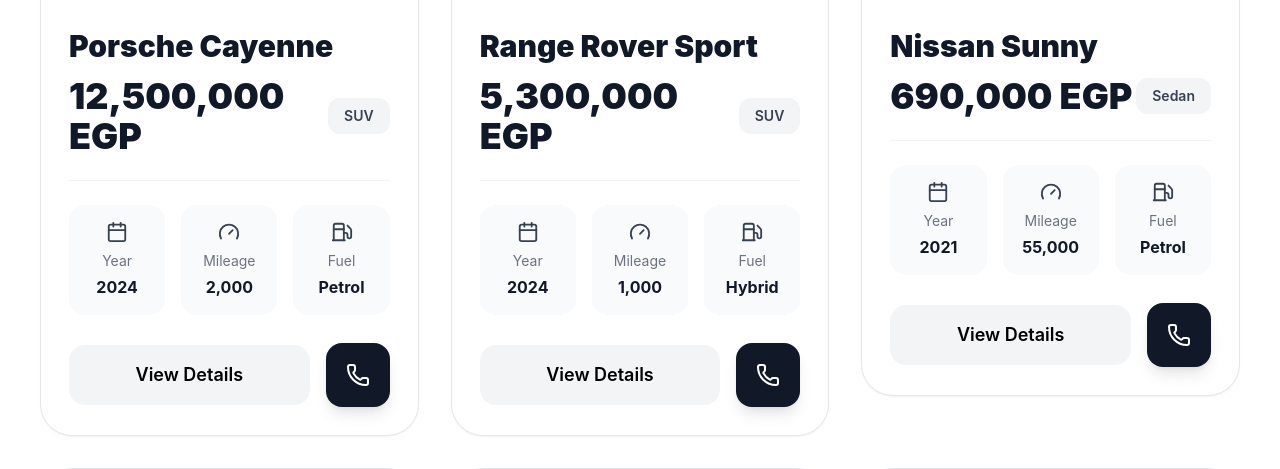
Repository: Hazem-Amr/Car-Price-Prediction
Page: / (app in frontend/)
The author's editor kept a copy of each file at every save. The page is drawn from the files as they stood at one save, then again after the next save.
The browser window is 1280 px wide. The pictures show the part of the page from y = 3376 to 3845 px (the page is 7592 px tall).
Pictures or frames that could not be fetched are drawn as grey boxes. The project was rebuilt for these pictures with package versions that can differ from the ones it lists, and the page was loaded fresh each time. Also part of the build but not shown: frontend/vite.config.js, frontend/src/components/PricePredictorSection.jsx, frontend/src/data/userListings.js, frontend/src/components/CarsFilter.jsx, frontend/src/pages/Cars.jsx, frontend/src/pages/CarDetails.jsx, frontend/src/pages/Brands.jsx, frontend/src/pages/About.jsx and 5 more.

Above is the page before, as saved 2026-05-27 23:33:22.

### frontend/index.html
<!doctype html>
<html lang="en">
  <head>
    <meta charset="UTF-8" />
    <link rel="icon" type="image/svg+xml" href="/favicon.svg" />
    <meta name="viewport" content="width=device-width, initial-scale=1.0" />
    <title>Tara</title>
  </head>
  <body>
    <div id="root"></div>
    <script type="module" src="/src/main.jsx"></script>
  </body>
</html>

### frontend/src/App.jsx
import React from "react";
import { Routes, Route } from "react-router-dom";
import MainLayout from "./layouts/MainLayout";
import Home from "./pages/Home";
import Cars from "./pages/Cars";
import CarDetails from "./pages/CarDetails";
import Brands from "./pages/Brands";
import About from "./pages/About";
import Contact from "./pages/Contact";
import PricePredictor from "./pages/PricePredictor";
import SellCar from "./pages/SellCar";

export default function App() {
  return (
    <Routes>
      <Route path="/" element={<MainLayout />}>
        <Route index element={<Home />} />
        <Route path="/cars" element={<Cars />} />
        <Route path="/cars/:id" element={<CarDetails />} />
        <Route path="/brands" element={<Brands />} />
        <Route path="/price-predictor" element={<PricePredictor />} />
        <Route path="/sell-car" element={<SellCar />} />
        <Route path="/about" element={<About />} />
        <Route path="/contact" element={<Contact />} />
      </Route>
    </Routes>
  );
}

### frontend/src/index.css
@tailwind base;
@tailwind components;
@tailwind utilities;

html,
body,
#root {
  width: 100%;
  min-height: 100%;
  margin: 0;
  padding: 0;
  overflow-x: hidden;
}

body {
  font-family: Inter, sans-serif;
  background: #ffffff;
}

* {
  box-sizing: border-box;
}

### frontend/src/layouts/MainLayout.jsx
import React from "react";
import { Outlet } from "react-router-dom";
import Navbar from "../components/Navbar";
import Footer from "../components/Footer";

export default function MainLayout() {
  return (
    <div className="w-full min-h-screen bg-white overflow-x-hidden">
      <Navbar />

      <main className="w-full">
        <Outlet />
      </main>

      <Footer />
    </div>
  );
}

### frontend/src/pages/Home.jsx
import Hero from "../components/Hero";
import SearchBar from "../components/SearchBar";
import FeaturedCars from "../components/FeaturedCars";
import BrandGrid from "../components/BrandGrid";
import StatsSection from "../components/StatsSection";
import CTASection from "../components/CTASection";
import PricePredictor from "../components/PricePredictorSection";
import BrowseCategories from "../components/BrowseCategories";

export default function Home() {
  return (
    <>
      <Hero />
      <SearchBar />
      <BrowseCategories />
      <FeaturedCars />
      <BrandGrid />
      <StatsSection />
      <CTASection />
    </>
  );
}

### frontend/src/components/Navbar.jsx
import React, { useState } from "react";
import { Link, NavLink } from "react-router-dom";
import { Menu, X } from "lucide-react";
import logo from "../assets/logo.png";

const navLinks = [
  {
    name: "Home",
    path: "/",
  },

  {
    name: "Cars",
    path: "/cars",
  },

  {
    name: "Brands",
    path: "/brands",
  },

  {
    name: "AI Pricing",
    path: "/price-predictor",
  },

  {
    name: "About",
    path: "/about",
  },

  {
    name: "Contact",
    path: "/contact",
  },
];

export default function Navbar() {
  const [isOpen, setIsOpen] = useState(false);

  return (
    <header className="fixed top-0 left-0 w-full z-50 bg-white/90 backdrop-blur-xl border-b border-gray-100">
      <div className="max-w-[1400px] mx-auto px-6 md:px-10">
        <div className="flex items-center justify-between h-24">
          {/* Logo */}
          <Link to="/" className="flex items-center">
            <img src={logo} alt="Tara Logo" className="h-14 object-contain" />
          </Link>

          {/* Desktop Nav */}
          <nav className="hidden lg:flex items-center gap-10">
            {navLinks.map((link) => (
              <NavLink
                key={link.name}
                to={link.path}
                className={({ isActive }) =>
                  `text-lg font-semibold transition-all duration-300 ${
                    isActive
                      ? "text-gray-900"
                      : "text-gray-500 hover:text-gray-900"
                  }`
                }
              >
                {link.name}
              </NavLink>
            ))}

            {/* CTA */}
            <Link to="/sell-car">
              <button className="bg-gray-900 hover:bg-black text-white px-7 py-3 rounded-2xl font-semibold transition-all duration-300 shadow-lg">
                Sell Your Car
              </button>
            </Link>
          </nav>

          {/* Mobile Menu Button */}
          <button
            onClick={() => setIsOpen(!isOpen)}
            className="lg:hidden w-12 h-12 rounded-2xl bg-gray-100 flex items-center justify-center"
          >
            {isOpen ? (
              <X size={26} className="text-gray-900" />
            ) : (
              <Menu size={26} className="text-gray-900" />
            )}
          </button>
        </div>
      </div>

      {/* Mobile Menu */}
      {isOpen && (
        <div className="lg:hidden bg-white border-t border-gray-100 shadow-xl">
          <div className="px-6 py-8 flex flex-col gap-5">
            {navLinks.map((link) => (
              <NavLink
                key={link.name}
                to={link.path}
                onClick={() => setIsOpen(false)}
                className={({ isActive }) =>
                  `text-lg font-semibold transition ${
                    isActive
                      ? "text-gray-900"
                      : "text-gray-500 hover:text-gray-900"
                  }`
                }
              >
                {link.name}
              </NavLink>
            ))}

            {/* Mobile CTA */}
            <Link to="/sell-car" onClick={() => setIsOpen(false)}>
              <button className="mt-4 w-full bg-gray-900 hover:bg-black text-white h-14 rounded-2xl font-semibold transition">
                Sell Your Car
              </button>
            </Link>
          </div>
        </div>
      )}
    </header>
  );
}

### frontend/src/components/Hero.jsx
import React from "react";
import { Link } from "react-router-dom";

export default function Hero() {
  return (
    <section className="w-full bg-[#f5f5f7] py-24 overflow-hidden">
      <div className="max-w-[1400px] mx-auto px-6 md:px-10 grid lg:grid-cols-2 gap-16 items-center">
        <div>
          <h1 className="text-6xl font-black leading-tight text-gray-900 mb-8">
            Find Your
            <br />
            Perfect Car
          </h1>

          <p className="text-xl text-gray-600 leading-9 mb-10">
            Buy and sell used cars easily with a modern marketplace experience.
          </p>

          <Link to="/cars">
            <button className="bg-[#111827] hover:bg-black text-white px-8 py-5 rounded-2xl text-lg font-semibold transition-all duration-300 shadow-lg">
              Browse Cars
            </button>
          </Link>
        </div>

        <div>
          <img
            src="https://images.unsplash.com/photo-1492144534655-ae79c964c9d7"
            alt="car"
            className="w-full h-[500px] object-cover rounded-[40px] shadow-2xl"
          />
        </div>
      </div>
    </section>
  );
}

### frontend/src/components/SearchBar.jsx
import React, { useState } from "react";
import { Search } from "lucide-react";
import { useNavigate } from "react-router-dom";

import { cars } from "../data/cars";

export default function SearchBar() {
  const [search, setSearch] = useState("");
  const [brand, setBrand] = useState("");

  const navigate = useNavigate();

  // Dynamic Brands From cars.js
  const brands = [...new Set(cars.map((car) => car.name.split(" ")[0]))];

  // Handle Search
  const handleSearch = () => {
    navigate(
      `/cars?search=${encodeURIComponent(
        search,
      )}&brand=${encodeURIComponent(brand)}`,
    );
  };

  return (
    <section className="relative -mt-16 z-20">
      <div className="max-w-[1200px] mx-auto px-6">
        {/* Container */}
        <div className="bg-white rounded-[32px] shadow-2xl border border-gray-100 p-6 md:p-8">
          {/* Search Grid */}
          <div className="grid grid-cols-1 md:grid-cols-4 gap-5 items-center">
            {/* Search Input */}
            <div className="md:col-span-2">
              <input
                type="text"
                placeholder="Search cars..."
                value={search}
                onChange={(e) => setSearch(e.target.value)}
                onKeyDown={(e) => e.key === "Enter" && handleSearch()}
                className="w-full h-16 rounded-2xl border border-gray-200 px-6 text-lg outline-none focus:border-gray-900 transition"
              />
            </div>

            {/* Dynamic Brand Select */}
            <select
              value={brand}
              onChange={(e) => setBrand(e.target.value)}
              className="h-16 rounded-2xl border border-gray-200 px-5 text-lg outline-none focus:border-gray-900 transition bg-white"
            >
              <option value="">Brand</option>

              {brands.map((brandName) => (
                <option key={brandName} value={brandName}>
                  {brandName}
                </option>
              ))}
            </select>

            {/* Search Button */}
            <button
              onClick={handleSearch}
              className="h-16 rounded-2xl bg-gray-900 hover:bg-black transition text-white font-semibold text-lg flex items-center justify-center gap-3 shadow-lg"
            >
              <Search size={22} />
              Search
            </button>
          </div>

          {/* Bottom Filters */}
          <div className="flex flex-wrap items-center gap-4 mt-6">
            <button
              onClick={() => navigate("/cars?search=suv")}
              className="px-5 py-2 rounded-full bg-gray-100 hover:bg-gray-900 hover:text-white transition font-medium"
            >
              SUV
            </button>

            <button
              onClick={() => navigate("/cars?search=sedan")}
              className="px-5 py-2 rounded-full bg-gray-100 hover:bg-gray-900 hover:text-white transition font-medium"
            >
              Sedan
            </button>

            <button
              onClick={() => navigate("/cars?search=automatic")}
              className="px-5 py-2 rounded-full bg-gray-100 hover:bg-gray-900 hover:text-white transition font-medium"
            >
              Automatic
            </button>

            <button
              onClick={() => navigate("/cars")}
              className="px-5 py-2 rounded-full bg-gray-100 hover:bg-gray-900 hover:text-white transition font-medium"
            >
              Used Cars
            </button>
          </div>
        </div>
      </div>
    </section>
  );
}

### frontend/src/components/FeaturedCars.jsx
import React, { useState } from "react";
import { Link } from "react-router-dom";
import CarCard from "./CarCard";
import { cars } from "../data/cars";

const tabs = [
  {
    id: "all",
    label: "Featured Cars",
  },

  {
    id: "latest",
    label: "Latest Listings",
  },

  {
    id: "luxury",
    label: "Luxury Cars",
  },

  {
    id: "budget",
    label: "Budget Cars",
  },
];

export default function FeaturedCars() {
  const [activeTab, setActiveTab] = useState("all");

  const filteredCars =
    activeTab === "all"
      ? cars
      : cars.filter((car) => car.category === activeTab);

  return (
    <section className="py-24 bg-white">
      <div className="max-w-[1400px] mx-auto px-6 md:px-10">
        {/* Header */}
        <div className="flex flex-col lg:flex-row lg:items-center lg:justify-between gap-8 mb-14">
          {/* Title */}
          <div>
            <h2 className="text-5xl font-black text-gray-900 mb-4">
              Explore Cars
            </h2>

            <p className="text-xl text-gray-500">
              Discover premium listings tailored for you
            </p>
          </div>

          {/* Tabs */}
          <div className="flex flex-wrap gap-4">
            {tabs.map((tab) => (
              <button
                key={tab.id}
                onClick={() => setActiveTab(tab.id)}
                className={`px-6 py-3 rounded-2xl font-semibold transition-all duration-300 ${
                  activeTab === tab.id
                    ? "bg-gray-900 text-white shadow-lg"
                    : "bg-gray-100 text-gray-700 hover:bg-gray-100 hover:text-gray-900"
                }`}
              >
                {tab.label}
              </button>
            ))}
          </div>
        </div>

        {/* Cars Grid */}
        <div className="grid grid-cols-1 md:grid-cols-2 xl:grid-cols-3 gap-8">
          {filteredCars.map((car) => (
            <div
              key={car.id}
              className="hover:-translate-y-2 transition duration-300"
            >
              <CarCard car={car} />
            </div>
          ))}
        </div>

        {/* Bottom CTA */}
        <div className="flex justify-center mt-16">
          <Link to="/cars">
            <button className="bg-gray-100 hover:bg-gray-900 hover:text-white transition-all duration-300 px-8 py-4 rounded-2xl font-semibold text-lg">
              View All Cars
            </button>
          </Link>
        </div>
      </div>
    </section>
  );
}

### frontend/src/components/StatsSection.jsx
import React from "react";
import { Car, Users, BadgeCheck, Headphones } from "lucide-react";

const stats = [
  {
    value: "25K+",
    label: "Cars Listed",
    icon: Car,
  },
  {
    value: "10K+",
    label: "Happy Clients",
    icon: Users,
  },
  {
    value: "120+",
    label: "Brands",
    icon: BadgeCheck,
  },
  {
    value: "24/7",
    label: "Support",
    icon: Headphones,
  },
];

export default function StatsSection() {
  return (
    <section className="py-24 bg-[#f5f5f7]">
      <div className="max-w-[1400px] mx-auto px-6 md:px-10">
        {/* Header */}
        <div className="text-center mb-16">
          <h2 className="text-5xl font-black text-gray-900 mb-5">
            Trusted By Thousands
          </h2>

          <p className="text-xl text-gray-500">
            Egypt's leading car marketplace platform
          </p>
        </div>

        {/* Stats */}
        <div className="grid grid-cols-1 sm:grid-cols-2 lg:grid-cols-4 gap-8">
          {stats.map((item) => {
            const Icon = item.icon;

            return (
              <div
                key={item.label}
                className="bg-white rounded-3xl p-10 shadow-sm border border-gray-100 hover:shadow-2xl hover:-translate-y-2 transition-all duration-300"
              >
                {/* Icon */}
                <div className="w-16 h-16 rounded-2xl bg-gray-100 flex items-center justify-center mb-8">
                  <Icon size={32} className="text-gray-900" />
                </div>

                {/* Number */}
                <h3 className="text-5xl font-black text-gray-900 mb-4">
                  {item.value}
                </h3>

                {/* Label */}
                <p className="text-gray-500 text-lg">{item.label}</p>
              </div>
            );
          })}
        </div>
      </div>
    </section>
  );
}

### frontend/src/components/CTASection.jsx
import React from "react";
import { Link } from "react-router-dom";
import ctaCar from "../assets/cta-car.png";

export default function CTASection() {
  return (
    <section className="py-24 bg-white overflow-hidden">
      <div className="max-w-[1400px] mx-auto px-6 md:px-10">
        {/* CTA Card */}
        <div className="relative overflow-hidden rounded-[40px] bg-gradient-to-br from-[#0f172a] via-[#111827] to-[#1e293b] px-10 py-20 md:px-20">
          {/* Background Glow */}
          <div className="absolute top-0 right-0 w-[500px] h-[500px] bg-blue-500/10 rounded-full blur-3xl"></div>

          {/* Grid */}
          <div className="relative z-10 grid lg:grid-cols-2 gap-10 items-center">
            {/* LEFT CONTENT */}
            <div>
              {/* Badge */}
              <div className="inline-flex items-center gap-2 bg-white/10 backdrop-blur px-5 py-2 rounded-full text-white text-sm font-medium mb-8">
                Premium Marketplace
              </div>

              {/* Heading */}
              <h2 className="text-5xl md:text-6xl font-black text-white leading-tight mb-8">
                Ready To Find
                <br />
                Your Dream Car?
              </h2>

              {/* Text */}
              <p className="text-xl text-gray-300 leading-9 mb-12 max-w-2xl">
                Browse thousands of verified premium listings from trusted
                dealers across Egypt.
              </p>

              {/* Buttons */}
              <div className="flex flex-wrap gap-5">
                {/* Explore Cars */}
                <Link to="/cars">
                  <button className="bg-white text-gray-900 hover:bg-gray-200 transition-all duration-300 px-8 py-5 rounded-2xl text-lg font-semibold shadow-xl">
                    Explore Cars
                  </button>
                </Link>

                {/* Sell Your Car */}
                <Link to="/sell-car">
                  <button className="bg-white/10 hover:bg-white hover:text-gray-900 text-white transition-all duration-300 px-8 py-5 rounded-2xl text-lg font-semibold backdrop-blur border border-white/10">
                    Sell Your Car
                  </button>
                </Link>
              </div>
            </div>

            {/* RIGHT SIDE */}
            <div className="relative hidden lg:flex items-center justify-center">
              {/* Large Glow */}
              <div className="absolute w-[500px] h-[500px] bg-blue-500/20 blur-3xl rounded-full"></div>

              {/* Car PNG */}
              <img
                src={ctaCar}
                alt="Luxury Car"
                className="relative z-10 w-[720px] object-contain drop-shadow-[0_40px_80px_rgba(0,0,0,0.55)] hover:scale-105 transition duration-700"
              />

              {/* Floating Card */}
              <div className="absolute bottom-10 left-0 bg-white rounded-3xl px-6 py-5 shadow-2xl z-20">
                <p className="text-gray-500 text-sm mb-1">Premium Listings</p>

                <h3 className="text-4xl font-black text-gray-900">25K+</h3>
              </div>

              {/* Floating Badge */}
              <div className="absolute top-16 right-10 bg-white/10 backdrop-blur border border-white/10 text-white px-5 py-3 rounded-2xl z-20">
                Verified Dealers
              </div>
            </div>
          </div>
        </div>
      </div>
    </section>
  );
}

### frontend/src/data/cars.js
export const cars = [
  {
    id: 1,
    name: "BMW X5 2024",
    price: "6,850,000 EGP",
    image:
      "https://media.ed.edmunds-media.com/bmw/x5/2024/oem/2024_bmw_x5_4dr-suv_xdrive40i_fq_oem_1_815.jpg",
    year: 2024,
    km: "10,000",
    transmission: "Automatic",
    bodyType: "SUV",
    fuelType: "Petrol",
    color: "Blue",
    condition: "Excellent",
    phone: "+201012345678",
  },

  {
    id: 2,
    name: "Mercedes C200",
    price: "4,200,000 EGP",
    image:
      "https://legion-images.hatla2ee.com/original_image/3497b43a-1a5c-475b-a8b5-821b7f71e9b2/large.jpg",
    year: 2023,
    km: "20,000",
    transmission: "Automatic",
    bodyType: "Sedan",
    fuelType: "Petrol",
    color: "Silver",
    condition: "Excellent",
    phone: "+201098765432",
  },

  {
    id: 3,
    name: "Kia Sportage",
    price: "1,850,000 EGP",
    image: "https://cdn.motor1.com/images/mgl/133GM/s1/2022-kia-sportage.jpg",
    year: 2022,
    km: "40,000",
    transmission: "Automatic",
    bodyType: "SUV",
    fuelType: "Petrol",
    color: "Dark blue",
    condition: "Good",
    phone: "+201011122233",
  },

  {
    id: 4,
    name: "Audi RS7",
    price: "12,200,000 EGP",
    image:
      "https://platform.cstatic-images.com/in/v2/stock_photos/72330740-8105-498b-987c-46354017d84c/c6452ec9-9a91-4b72-b6c9-63858634519f.png",
    year: 2024,
    km: "5,000",
    transmission: "Automatic",
    bodyType: "Coupe",
    fuelType: "Petrol",
    color: "white",
    condition: "Excellent",
    phone: "+201055566677",
  },

  {
    id: 5,
    name: "Toyota Corolla",
    price: "1,300,000 EGP",
    image:
      "https://hips.hearstapps.com/mtg-prod/65a4c115adb8a40008364496/015-2023-toyota-corolla-hybrid-in-action.jpg",
    year: 2023,
    km: "15,000",
    transmission: "Automatic",
    bodyType: "Sedan",
    fuelType: "Petrol",
    color: "Magnetic gray",
    condition: "Excellent",
    phone: "+201022233344",
  },

  {
    id: 6,
    name: "Hyundai Elantra",
    price: "1,250,000 EGP",
    image:
      "https://cdn.motor1.com/images/mgl/GxoB1/s1/2022-hyundai-elantra-n.jpg",
    year: 2022,
    km: "35,000",
    transmission: "Automatic",
    bodyType: "Sedan",
    fuelType: "Petrol",
    color: "White",
    condition: "Good",
    phone: "+201077788899",
  },

  {
    id: 7,
    name: "Porsche Cayenne",
    price: "12,500,000 EGP",
    image:
      "https://cdn.motor1.com/images/mgl/bgm3W6/s3/2024-porsche-cayenne-turbo-e-hybrid-front-3-4.jpg",
    year: 2024,
    km: "2,000",
    transmission: "Automatic",
    bodyType: "SUV",
    fuelType: "Petrol",
    color: "White",
    condition: "Excellent",
    phone: "+201066677788",
  },

  {
    id: 8,
    name: "Range Rover Sport",
    price: "5,300,000 EGP",
    image:
      "https://media.ed.edmunds-media.com/land-rover/range-rover-sport/2024/oem/2024_land-rover_range-rover-sport_4dr-suv_p550e-autobiography_fq_oem_1_1600.jpg",
    year: 2024,
    km: "1,000",
    transmission: "Automatic",
    bodyType: "SUV",
    fuelType: "Hybrid",
    color: "Red",
    condition: "Excellent",
    phone: "+201044455566",
  },

  {
    id: 9,
    name: "Nissan Sunny",
    price: "690,000 EGP",
    image: "https://images.unsplash.com/photo-1489824904134-891ab64532f1",
    year: 2021,
    km: "55,000",
    transmission: "Automatic",
    bodyType: "Sedan",
    fuelType: "Petrol",
    color: "Silver",
    condition: "Fair",
    phone: "+201099988877",
  },

  {
    id: 10,
    name: "Chevrolet Captiva",
    price: "980,000 EGP",
    image: "https://images.unsplash.com/photo-1494976388531-d1058494cdd8",
    year: 2023,
    km: "18,000",
    transmission: "Automatic",
    bodyType: "SUV",
    fuelType: "Petrol",
    color: "Gray",
    condition: "Excellent",
    phone: "+201033344455",
  },

  {
    id: 11,
    name: "Tesla Model S",
    price: "3,900,000 EGP",
    image: "https://images.unsplash.com/photo-1503736334956-4c8f8e92946d",
    year: 2024,
    km: "3,000",
    transmission: "Automatic",
    bodyType: "Sedan",
    fuelType: "Electric",
    color: "Black",
    condition: "Excellent",
    phone: "+201088899900",
  },

  {
    id: 12,
    name: "Volkswagen Golf GTI",
    price: "1,450,000 EGP",
    image: "https://images.unsplash.com/photo-1544636331-e26879cd4d9b",
    year: 2022,
    km: "25,000",
    transmission: "Automatic",
    bodyType: "Hatchback",
    fuelType: "Petrol",
    color: "Red",
    condition: "Good",
    phone: "+201011199988",
  },
];

Loaded but not shown: frontend/src/main.jsx (common file); frontend/tailwind.config.js (common file); frontend/src/components/BrandGrid.jsx (154 lines, source omitted); frontend/src/components/Footer.jsx (125 lines, source omitted); frontend/src/components/CarCard.jsx (112 lines, source omitted); frontend/src/components/BrowseCategories.jsx (160 lines, source omitted)

After the next save:
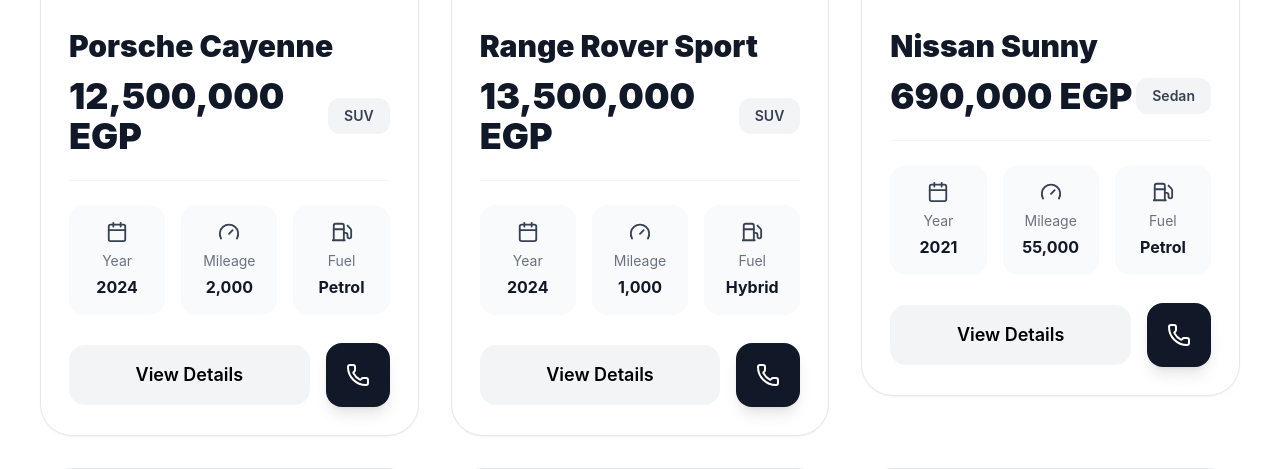
Saved 63 s later.
--- a/frontend/src/data/cars.js
+++ b/frontend/src/data/cars.js
@@ -113,7 +113,7 @@
   {
     id: 8,
     name: "Range Rover Sport",
-    price: "5,300,000 EGP",
+    price: "13,500,000 EGP",
     image:
       "https://media.ed.edmunds-media.com/land-rover/range-rover-sport/2024/oem/2024_land-rover_range-rover-sport_4dr-suv_p550e-autobiography_fq_oem_1_1600.jpg",
     year: 2024,
